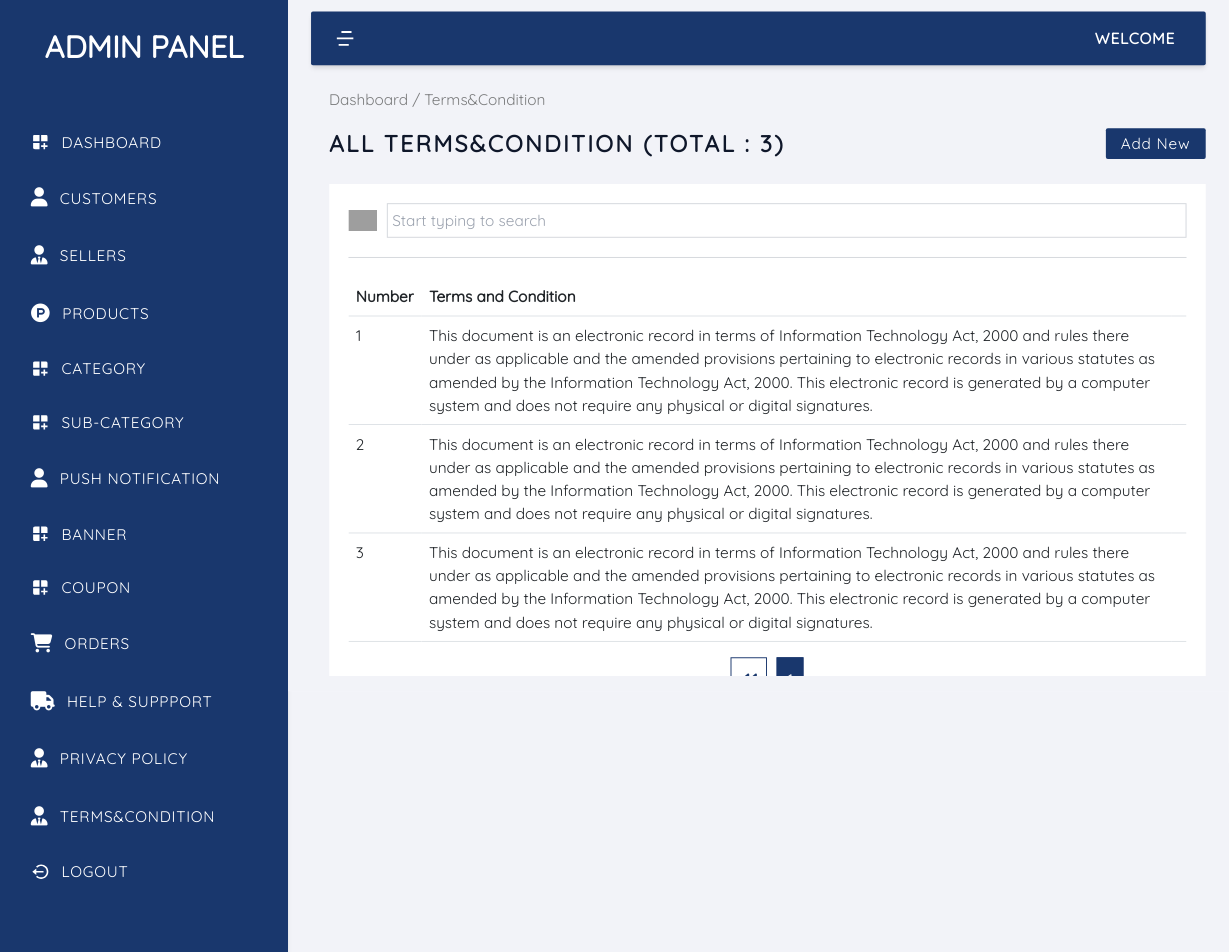
Repository: shishpal2000/admin.aschpro
Page: /terms
These files come from the project's save history. The page is drawn as it stood at one moment and after the next save; the edit follows.
The browser window is 1280 px wide. The pictures show the whole page, at 96% of full size.
Pictures or frames that could not be fetched are drawn as grey boxes. An inner scrolling area shows only its first screen. Some web libraries are served in a nearby version. The project was rebuilt for these pictures with package versions that can differ from the ones it lists, and the page was loaded fresh each time. Also part of the build but not shown: src/E-CommerceAdmin/forms/Login.jsx, src/E-CommerceAdmin/pages/Dashboard.jsx, src/E-CommerceAdmin/pages/ECategory.js, src/E-CommerceAdmin/pages/EProduct.js, src/E-CommerceAdmin/pages/EVendorList.js, src/E-CommerceAdmin/pages/EAdminOrders.js, src/E-CommerceAdmin/pages/EAdminDelivery.js, src/E-CommerceAdmin/pages/EAdminCustomer.js and 6 more. Imported but missing from the stored project, and not drawn on this page: src/E-CommerceAdmin/pages/Complaints, src/E-CommerceAdmin/pages/Component/SpinnerComp, src/E-CommerceAdmin/pages/EAdmin, src/E-CommerceAdmin/pages/EAdminProduct, src/E-CommerceAdmin/pages/ESingleProduct, src/E-CommerceAdmin/pages/GetMeThis, src/E-CommerceAdmin/pages/HelpSupport.

Above is the page before, as saved 2023-06-28 17:57:10.

### public/index.html
<!-- @format -->

<!DOCTYPE html>
<html lang="en">
  <head>
    <meta charset="utf-8" />
    <meta name="viewport" content="width=device-width, initial-scale=1" />
    <meta name="theme-color" content="#000000" />
    <meta
      name="description"
      content="Web site created using create-react-app"
    />
    <link rel="icon" href="%PUBLIC_URL%/favicon.png" />
    <link rel="manifest" href="%PUBLIC_URL%/manifest.json" />
    <link rel="preconnect" href="https://fonts.googleapis.com" />
    <link rel="preconnect" href="https://fonts.gstatic.com" crossorigin />
    <link
      href="https://fonts.googleapis.com/css2?family=Roboto+Mono:ital,wght@1,300&display=swap"
      rel="stylesheet"
    />
    <link rel="preconnect" href="https://fonts.googleapis.com">
<link rel="preconnect" href="https://fonts.gstatic.com" crossorigin>
<link href="https://fonts.googleapis.com/css2?family=Quicksand&display=swap" rel="stylesheet">
    <title>Subharambh</title>
  </head>
  <body>
    <noscript>You need to enable JavaScript to run this app.</noscript>
    <div id="root"></div>
    <script src="https://code.jquery.com/jquery-3.6.0.min.js"></script>
    <script
      src="https://kit.fontawesome.com/b533b351e4.js"
      crossorigin="anonymous"
    ></script>
    <script
      type="module"
      src="https://unpkg.com/ionicons@7.1.0/dist/ionicons/ionicons.esm.js"
    ></script>
    <script
      nomodule
      src="https://unpkg.com/ionicons@7.1.0/dist/ionicons/ionicons.js"
    ></script>
  </body>
</html>

### src/E-CommerceAdmin/pages/Terms.js
/** @format */

import React, { useEffect, useState } from "react";
import HOC from "../layout/HOC";
import { Table, Modal, Form, Button, FloatingLabel, Alert } from "react-bootstrap";
import axios from "axios";
import { toast } from "react-toastify";

const Terms = () => {
  const [modalShow, setModalShow] = React.useState(false);
  const data = [
    {
      terms : "This document is an electronic record in terms of Information Technology Act, 2000 and rules there under as applicable and the amended provisions pertaining to electronic records in various statutes as amended by the Information Technology Act, 2000. This electronic record is generated by a computer system and does not require any physical or digital signatures."
    },
    {
      terms : "This document is an electronic record in terms of Information Technology Act, 2000 and rules there under as applicable and the amended provisions pertaining to electronic records in various statutes as amended by the Information Technology Act, 2000. This electronic record is generated by a computer system and does not require any physical or digital signatures."
    },
    {
      terms : "This document is an electronic record in terms of Information Technology Act, 2000 and rules there under as applicable and the amended provisions pertaining to electronic records in various statutes as amended by the Information Technology Act, 2000. This electronic record is generated by a computer system and does not require any physical or digital signatures."
    },
  ]

   // Pagination and Filter
   const [query, setQuery] = useState("");
   const [currentPage2, setCurrentPage2] = useState(1);
   const [postPerPage2] = useState(10);
   const lastPostIndex2 = currentPage2 * postPerPage2;
   const firstPostIndex2 = lastPostIndex2 - postPerPage2;

   let pages2 = [];

   const TotolData = query
     ? data?.filter(
         (i) =>
           i?.terms?.toLowerCase().includes(query?.toLowerCase())
       )
     : data;

   useEffect(() => {
     if (query) {
       setCurrentPage2(1);
     }
   }, [query]);

   const slicedData = TotolData?.slice(firstPostIndex2, lastPostIndex2);

   for (let i = 1; i <= Math.ceil(TotolData?.length / postPerPage2); i++) {
     pages2.push(i);
   }

   function Next() {
     setCurrentPage2(currentPage2 + 1);
   }

   function Prev() {
     if (currentPage2 !== 1) {
       setCurrentPage2(currentPage2 - 1);
     }
   }




  function MyVerticallyCenteredModal(props) {

    return (
      <Modal
        {...props}
        aria-labelledby="contained-modal-title-vcenter"
        centered
      >
        <Modal.Header closeButton>
          <Modal.Title id="contained-modal-title-vcenter">
            {" "}
            Add Terms & Condition
          </Modal.Title>
        </Modal.Header>
        <Modal.Body>
          <Form >
            <Form.Group className="mb-3">
              <FloatingLabel
                controlId="floatingTextarea2"
                label="Terms and Condition"
              >
                <Form.Control
                  as="textarea"
                  placeholder="Leave a comment here"
                />
              </FloatingLabel>
            </Form.Group>
            <Button
              style={{ backgroundColor: "#19376d", borderRadius: "0" }}
              type="submit"
            >
              Submit
            </Button>
          </Form>
        </Modal.Body>
      </Modal>
    );
  }



  return (
    <>
      <MyVerticallyCenteredModal
        show={modalShow}
        onHide={() => setModalShow(false)}
      />

      <section>
        <p className="headP">Dashboard / Terms&Condition</p>
        <div
          className="pb-4 sticky top-0  w-full flex justify-between items-center"
          style={{ width: "98%", marginLeft: "2%" }}
        >
          <span
            className="tracking-widest text-slate-900 font-semibold uppercase"
            style={{ fontSize: "1.5rem" }}
          >
            All Terms&Condition (Total : {data?.length})
          </span>
          <button
            onClick={() => {
              setModalShow(true);
            }}
            className="md:py-2 px-3 md:px-4 py-1 rounded-sm bg-[#19376d] text-white tracking-wider"
          >
            Add New
          </button>
        </div>

        <section className="sectionCont">
          {data?.length === 0 || !data  ?
          <Alert>Terms & Condition Not Found</Alert>

          :
          <>
              {/* Filter */}
              <div className="filterBox">
              <img
                src="https://t4.ftcdn.net/jpg/01/41/97/61/360_F_141976137_kQrdYIvfn3e0RT1EWbZOmQciOKLMgCwG.jpg"
                alt=""
              />
              <input
                type="search"
                placeholder="Start typing to search "
                onChange={(e) => setQuery(e.target.value)}
              />
            </div>
          <div className="overFlowCont">
            <Table>
              <thead>
                <tr>
                  <th>Number</th>
                  <th>Terms and Condition</th>
                  <th></th>
                </tr>
              </thead>
              <tbody>
                {slicedData?.map((i, index) => (
                  <tr key={index}>
                    <td>{index + 1}</td>
                    <td>{i.terms}</td>
                    <td>

                    </td>
                  </tr>
                ))}
              </tbody>
            </Table>
          </div>
                   {/* Pagination */}
                   <div className="pagination">
                <button onClick={() => Prev()} className="prevBtn">
                  <i className="fa-solid fa-backward"></i>
                </button>
                {currentPage2 === 1 ? (
                  ""
                ) : (
                  <button onClick={() => setCurrentPage2(1)}>1</button>
                )}

                {pages2
                  ?.slice(currentPage2 - 1, currentPage2 + 3)
                  .map((i, index) =>
                    i === pages2?.length ? (
                      ""
                    ) : (
                      <button
                        key={index}
                        onClick={() => setCurrentPage2(i)}
                        className={currentPage2 === i ? "activePage" : ""}
                      >
                        {" "}
                        {i}{" "}
                      </button>
                    )
                  )}

                <button onClick={() => setCurrentPage2(pages2?.length)} className={currentPage2 === pages2?.length ? "activePage" : ""} >
                  {" "}
                  {pages2?.length}{" "}
                </button>

                {currentPage2 === pages2?.length ? (
                  ""
                ) : (
                  <button onClick={() => Next()} className="nextBtn">
                    {" "}
                    <i className="fa-sharp fa-solid fa-forward"></i>
                  </button>
                )}
              </div>
          </>
          }


        </section>
      </section>
    </>
  );
};

export default HOC(Terms);

### src/E-CommerceAdmin/layout/HOC.jsx
/** @format */

import React, { useState } from "react";
import Navbar from "./Navbar";
import Sidebar from "./Sidebar";

const HOC = (Wcomponenet) => {
  return function Component() {
    const [hamb, setHamb] = useState(false);
    return (
      <>
        <section
          className="flex overflow-x-hidden relative "
          style={{ backgroundColor: "#f2f3f8" }}
        >
          {/* Sidebar */}
          <div
            className={
              hamb
                ? " absolute top-0 z-30 md:w-auto shadow-md bg-slate-200  w-60 transition-all md:-left-full left duration-150  h-auto overflow-y-auto  left-0 "
                : " md:w-72 z-30 bg-slate-200  shadow-md  md:static absolute top-0 -left-full   transition-all duration-150  overflow-y-auto h-auto"
            }
            style={{ minWidth: "300px" }}
          >
            <Sidebar hamb={hamb} setHamb={setHamb} />
          </div>
          {/* Components & Navbar */}
          <div
            className={
              hamb
                ? " transition-all px-4 py-2  duration-150 w-full h-screen"
                : " w-full h-screen  px-4 py-2   z-50 transition-all duration-150 "
            }
            style={{ backgroundColor: "#f2f3f8" }}
          >
            <Navbar hamb={hamb} setHamb={setHamb} />
            <div className="my-6 text-#000 h-[87%] wcomp overflow-y-auto">
              {" "}
              <Wcomponenet />
            </div>
          </div>
        </section>
      </>
    );
  };
};

export default HOC;

### src/E-CommerceAdmin/layout/Navbar.jsx
/** @format */

import { RiMenu4Line } from "react-icons/ri";

const Navbar = ({ hamb, setHamb }) => {
  const AdminName = localStorage.getItem("AdminName")
  return (
    <>
      <div
        className={
          hamb
            ? "flex  w-full justify-between  my-1 rounded-sm  p-4 py-3 shadow-md items-center  bg-slate-200 space-x-4"
            : "flex  w-full justify-between my-1 rounded-sm  p-4 py-3 shadow-md items-center  bg-slate-200 space-x-4"
        }
        style={{ backgroundColor: "#19376d" }}
      >
        <RiMenu4Line
          onClick={() => setHamb(!hamb)}
          className="text-2xl font-bold text-gray-900 hover:scale-90 cursor-pointer"
          style={{ color: "#fff" }}
        />

        <section className="flex sm:ml-auto justify-end sm:w-full items-center space-x-2  pr-2">
          <figcaption className="tracking-wider pl-1 font-semibold">
            <div
              className="lg:text-base text-sm text-gray-900  uppercase"
              style={{ color: "#fff" }}
            >
              Welcome {AdminName}
            </div>
          </figcaption>
        </section>
      </div>
    </>
  );
};

export default Navbar;

### src/E-CommerceAdmin/layout/Sidebar.jsx
/** @format */

import React from "react";
import { RiCloseLine } from "react-icons/ri";
import { Link, useNavigate } from "react-router-dom";
import { BiLogOutCircle } from "react-icons/bi";
import { MdDashboardCustomize } from "react-icons/md";

const Sidebar = ({ hamb, setHamb }) => {
  const navigate = useNavigate();

  const nav = [
    {
      icon: <MdDashboardCustomize className="text-xl mr-3 rounded-full " />,
      link: "/dashboard ",
      name: "Dashboard",
    },

    {
      icon: (
        <i className="fa-solid fa-user text-xl mr-3 rounded-full"></i>
      ),
      link: "/Customer",
      name: "Customers",
    },
    {
      icon: <i className="fa-solid fa-user-tie text-xl mr-3 rounded-full"></i>,
      link: "/VendorList",
      name: "Sellers",
    },
    {
      icon: (
    <i className="fa-brands fa-product-hunt text-xl mr-3 rounded-full"></i>
      ),
      link: "/Product",
      name: "Products",
    },
    {
      icon: <MdDashboardCustomize className="text-xl mr-3 rounded-full " />,
      link: "/Category",
      name: "Category",
    },

    {
      icon: <MdDashboardCustomize className="text-xl mr-3 rounded-full " />,
      link: "/SubCategory",
      name: "Sub-Category",
    },
    {
      icon: <i className="fa-solid fa-user text-xl mr-3 rounded-full"></i>,
      link: "/pushNotification",
      name: "Push Notification",
    },

    {
      icon: <MdDashboardCustomize className="text-xl mr-3 rounded-full " />,
      link: "/banner",
      name: "Banner",
    },
    {
      icon: <MdDashboardCustomize className="text-xl mr-3 rounded-full " />,
      link: "/coupon",
      name: "Coupon",
    },

    {
      icon: (
        <i className="fa-solid fa-cart-shopping text-xl mr-3 rounded-full"></i>
      ),
      link: "/Orders",
      name: "Orders",
    },

    {
      icon: <i className="fa-solid fa-truck  text-xl mr-3 rounded-full"></i>,
      link: "/Support",
      name: "Help & Suppport",
    },


    {
      icon: <i className="fa-solid fa-user-tie text-xl mr-3 rounded-full"></i>,
      link: "/privacy",
      name: "Privacy Policy",
    },
    {
      icon: <i className="fa-solid fa-user-tie text-xl mr-3 rounded-full"></i>,
      link: "/terms",
      name: "Terms&Condition",
    }
  ];

  const logOut = () => {
    localStorage.clear()
    navigate("/");
  };

  return (
    <>
      <aside
        className="p-4 h-auto"
        style={{ backgroundColor: "#19376d", minHeight: "100vh" }}
      >
        {/* Top */}
        <div className="w-full md:hidden relative  p-2 mb-4">
          <RiCloseLine
            onClick={() => setHamb(!hamb)}
            className="text-3xl  absolute top-2 sm:hover:rotate-[228deg] transition-transform font-bold right-2 sm:hover:text-[22px] text-[rgb(241,146,46)] cursor-pointer"
          />
        </div>{" "}
        <figure className="flex  flex-col items-center">
          <span
            className="font-bold text-[#fff]"
            style={{
              fontSize: "2rem",
              textAlign: "center",
              textTransform: "uppercase",
            }}
          >
            {" "}
            ADMIN PANEL
          </span>
        </figure>
        <nav className="py-6">
          {nav.map((nav) => {
            return (
              <Link
                to={nav.link}
                key={nav.name}
                className=""
                style={{ textDecoration: "none", textTransform: "uppercase" }}
              >
                <span
                  className="flex my-3 items-center cursor-pointer text-gray-900    tracking-wider p-2 rounded-sm"
                  style={{ color: "#FFF" }}
                >
                  {nav.icon} {nav.name}
                </span>
              </Link>
            );
          })}
          <span
            className="flex my-3 items-center cursor-pointer text-gray-900    tracking-wider p-2 rounded-sm"
            onClick={() => logOut()}
            style={{ color: "#FFF", textTransform: "uppercase" }}
          >
            <BiLogOutCircle className="text-xl mr-3 rounded-full " /> LogOut
          </span>
        </nav>
      </aside>
    </>
  );
};

export default Sidebar;

Loaded but not shown: tailwind.config.js (common file); src/App.js (69 lines, source omitted); src/index.js (15 lines, source omitted); src/index.css (534 lines, source omitted)

After the next save:
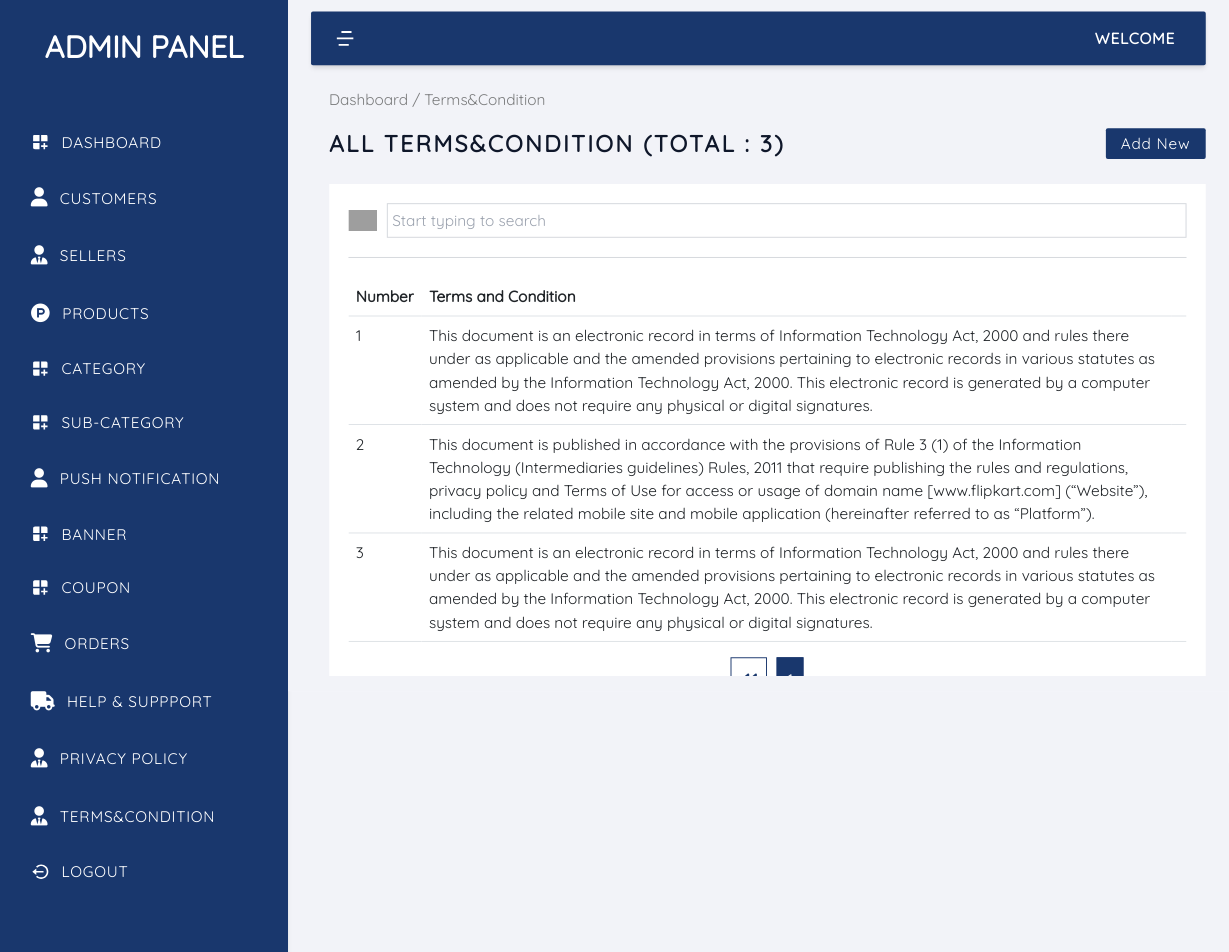
Saved 7 s later.
--- a/src/E-CommerceAdmin/pages/Terms.js
+++ b/src/E-CommerceAdmin/pages/Terms.js
@@ -13,7 +13,7 @@ const Terms = () => {
       terms : "This document is an electronic record in terms of Information Technology Act, 2000 and rules there under as applicable and the amended provisions pertaining to electronic records in various statutes as amended by the Information Technology Act, 2000. This electronic record is generated by a computer system and does not require any physical or digital signatures."
     },
     {
-      terms : "This document is an electronic record in terms of Information Technology Act, 2000 and rules there under as applicable and the amended provisions pertaining to electronic records in various statutes as amended by the Information Technology Act, 2000. This electronic record is generated by a computer system and does not require any physical or digital signatures."
+      terms : "This document is published in accordance with the provisions of Rule 3 (1) of the Information Technology (Intermediaries guidelines) Rules, 2011 that require publishing the rules and regulations, privacy policy and Terms of Use for access or usage of domain name [www.flipkart.com] (“Website”), including the related mobile site and mobile application (hereinafter referred to as “Platform”)."
     },
     {
       terms : "This document is an electronic record in terms of Information Technology Act, 2000 and rules there under as applicable and the amended provisions pertaining to electronic records in various statutes as amended by the Information Technology Act, 2000. This electronic record is generated by a computer system and does not require any physical or digital signatures."
